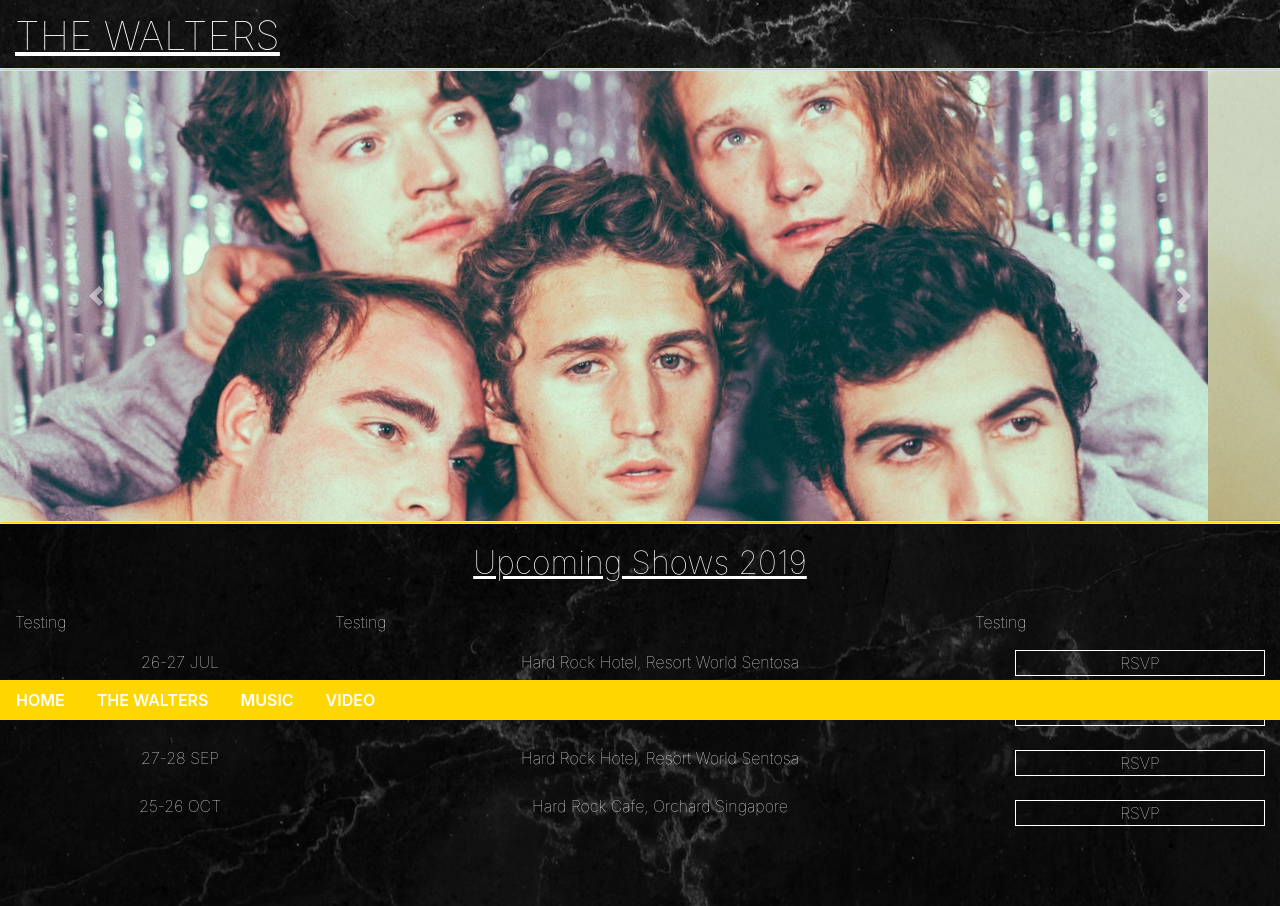
Repository: yucheng91/CIassignment1
Page: index.html
The author's editor kept a record of every edit. The page is drawn from the files as they stood at one moment, then again after the next edit.
The browser window is 1280 px wide. The pictures show the whole page.

Above is the page before.

### index.html
<!doctype html>
<html lang="en">
  <head>
    <!-- Required meta tags -->
    <meta charset="utf-8">
    <meta name="viewport" content="width=device-width, initial-scale=1, shrink-to-fit=no">

    <!-- Bootstrap CSS -->
    <link rel="stylesheet" href="https://stackpath.bootstrapcdn.com/bootstrap/4.3.1/css/bootstrap.min.css" integrity="sha384-ggOyR0iXCbMQv3Xipma34MD+dH/1fQ784/j6cY/iJTQUOhcWr7x9JvoRxT2MZw1T" crossorigin="anonymous">
    <link rel="stylesheet" href="style.css" type="text/css" />
    <link rel="styleshaeet" href="https://maxcdn.bootstrapcdn.com/font-awesome/4.7.0/css/font-awesome.min.css" type="text/css" />
    <title>The Walters</title>
  </head>
  <body>
    <div class="modal" tabindex="-1" role="dialog">
  <div class="modal-dialog" role="document">
    <div class="modal-content">
      <div class="modal-header">
        <h5 class="modal-title">Modal title</h5>
        <button type="button" class="close" data-dismiss="modal" aria-label="Close">
          <span aria-hidden="true">&times;</span>
        </button>
      </div>
      <div class="modal-body">
        <p>Modal body text goes here.</p>
      </div>
      <div class="modal-footer">
        <button type="button" class="btn btn-secondary" data-dismiss="modal">Close</button>
        <button type="button" class="btn btn-primary">Save changes</button>
      </div>
    </div>
  </div>
</div>

    <header>
      <div class="container-fluid">
      <div class="row">
        <div class="col-10">
          <h1>THE WALTERS</h1>
        </div>
        <div class="col-2">
          <a href="https://www.facebook.com"><i class="fa fa-facebook-square fa-2x" aria-hidden="true"></i></a>
          <a href="https://www.twitter.com"><i class="fa fa-twitter-square fa-2x" aria-hidden="true"></i></a>
          <a href="https://www.youtube.com"><i class="fa fa-youtube-square fa-2x" aria-hidden="true"></i></a>
        </div>
      </div>
    </div>
  <div class="border"></div>
  </header>

<div id="carouselExampleControls" class="carousel slide" data-ride="carousel">
  <div class="carousel-inner">
    <div class="carousel-item active">
      <img class="d-block w-100" src="c1.jpg" alt="First slide">
    </div>
    <div class="carousel-item">
      <img class="d-block w-100" src="c2.jpg" alt="Second slide">
    </div>
    <div class="carousel-item">
      <img class="d-block w-100" src="c3.jpg" alt="Third slide">
    </div>
  </div>
  <a class="carousel-control-prev" href="#carouselExampleControls" role="button" data-slide="prev">
    <span class="carousel-control-prev-icon" aria-hidden="true"></span>
    <span class="sr-only">Previous</span>
  </a>
  <a class="carousel-control-next" href="#carouselExampleControls" role="button" data-slide="next">
    <span class="carousel-control-next-icon" aria-hidden="true"></span>
    <span class="sr-only">Next</span>
  </a>
</div>
    <div class="border"></div>

  <section class="upcomingshow">
    <div>
      <h2>Upcoming Shows 2019</h2>
      <div class="container-fluid">
        <div class="row">
          <div class="col-3">
            <p>Testing</p>
          </div>
          <div class="col-6">
            <p>Testing</p>
          </div>
          <div class="col-3">
            <p>Testing</p>
          </div>
        </div>
      </div>

       <div class="container-fluid">
         <div class="row">
           <div class="col-3">
             <ul class="nobullet">
               <li>26-27 JUL</li></br>
               <li>30-31 AUG</li></br>
               <li>27-28 SEP</li></br>
               <li>25-26 OCT</li></br>
             </ul>
           </div>
           <div class="col-6">
             <ul class="nobullet">
               <li>Hard Rock Hotel, Resort World Sentosa</li></br>
               <li>Hard Rock Cafe, Orchard Singapore</li></br>
               <li>Hard Rock Hotel, Resort World Sentosa</li></br>
               <li>Hard Rock Cafe, Orchard Singapore</li></br>
             </ul>
           </div>
           <div class="col-3">
             <ul class="nobullet">
               <a href="https://www.eventbrite.sg"><li class="rsvpbutton">RSVP</li></a></br>
               <a href="https://www.eventbrite.sg"><li class="rsvpbutton">RSVP</li></a></br>
               <a href="https://www.eventbrite.sg"><li class="rsvpbutton">RSVP</li></a></br>
               <a href="https://www.eventbrite.sg"><li class="rsvpbutton">RSVP</li></a></br>
           </div>
         </div>
       </div>
      </section>

    <footer>
    <div class="navbar">
    <ul class="nav justify-content-start">
      <li class="nav-item">
        <a class="nav-link active" href="index.html">HOME</a>
      </li>
      <li class="nav-item">
        <a class="nav-link" href="profile.html">THE WALTERS</a>
      </li>
      <li class="nav-item">
        <a class="nav-link" href="music.html">MUSIC</a>
      </li>
      <li class="nav-item">
        <a class="nav-link" href="video.html">VIDEO</a>
      </li>
    </ul>
    </div>
    </footer>
    <!-- Optional JavaScript -->
    <!-- jQuery first, then Popper.js, then Bootstrap JS -->
    <script src="https://code.jquery.com/jquery-3.3.1.slim.min.js" integrity="sha384-q8i/X+965DzO0rT7abK41JStQIAqVgRVzpbzo5smXKp4YfRvH+8abtTE1Pi6jizo" crossorigin="anonymous"></script>
    <script src="https://cdnjs.cloudflare.com/ajax/libs/popper.js/1.14.7/umd/popper.min.js" integrity="sha384-UO2eT0CpHqdSJQ6hJty5KVphtPhzWj9WO1clHTMGa3JDZwrnQq4sF86dIHNDz0W1" crossorigin="anonymous"></script>
    <script src="https://stackpath.bootstrapcdn.com/bootstrap/4.3.1/js/bootstrap.min.js" integrity="sha384-JjSmVgyd0p3pXB1rRibZUAYoIIy6OrQ6VrjIEaFf/nJGzIxFDsf4x0xIM+B07jRM" crossorigin="anonymous"></script>
  </body>
</html>

### style.css
body {
    color:white;
    font-weight: 100;
    background-image: url("background.jpg");
    background-position: center;
}

.container-fluid h1 {
    font-weight: 100;
    padding-top: 12px;
    text-decoration:underline;
}

.border {
    height:3px;
    background-color:gold;
    border:0;
    padding:0;
    color:gold;
}

.navbar  {
    position: fixed;
    bottom: 0;
    width: 100%;
    color: white;
    font-weight:600;
    background-color: gold;
    padding:0 ;
}

.col-2 {
    padding:20px;
    text-align:right;
}

a {
    color:white;
    text-decoration:none;
}

.upcomingshow {
        background:rgba(0, 0, 0, 0.5);
}

.upcomingshow h2{
    text-align:center;
    padding-top: 20px;
    padding-bottom: 20px;
    text-decoration:underline;
    font-weight:100;
}

.nobullet {
    list-style-type: none;
    padding-bottom:40px;
    text-align:center;
}

footer {
    bottom:0 ;
    width: 100%;
}

.rsvpbutton {
    border:1px solid white;
}

img {
    height: 450px;
    width: 100%;
    object-fit: cover;
}

@media (max-width: 767px) {
    body {
        font-size: 15px;
    }

    h1 {
        font-size: 27px;
    }

    h2 {
        font-size: 20px;
    }

    ul {
        font-size: 10px;
    }
}

After the next edit:
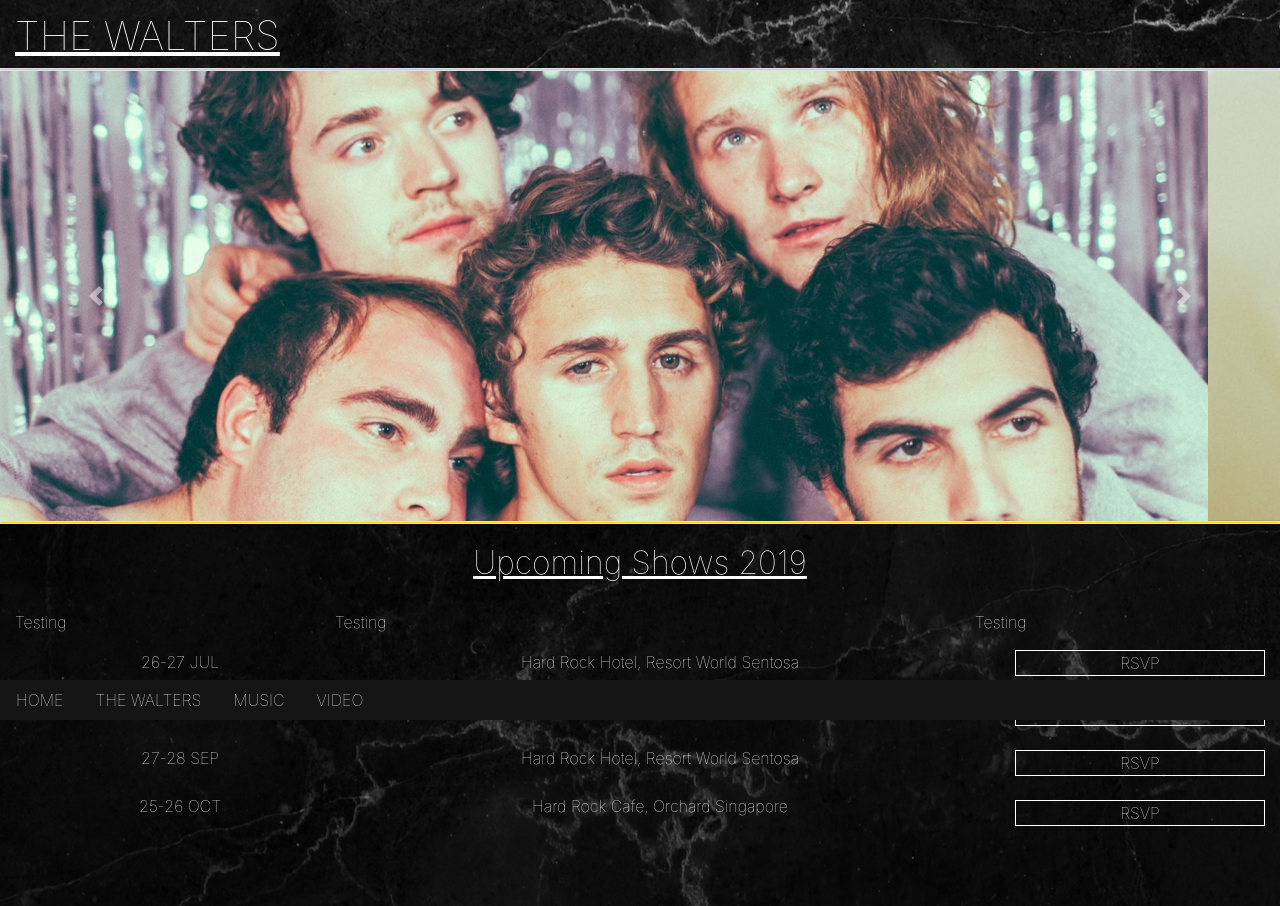
The edit:
--- a/style.css
+++ b/style.css
@@ -24,8 +24,8 @@
     bottom: 0;
     width: 100%;
     color: white;
-    font-weight:600;
-    background-color: gold;
+    font-weight:100;
+    background-color: #151516;
     padding:0 ;
 }
 
